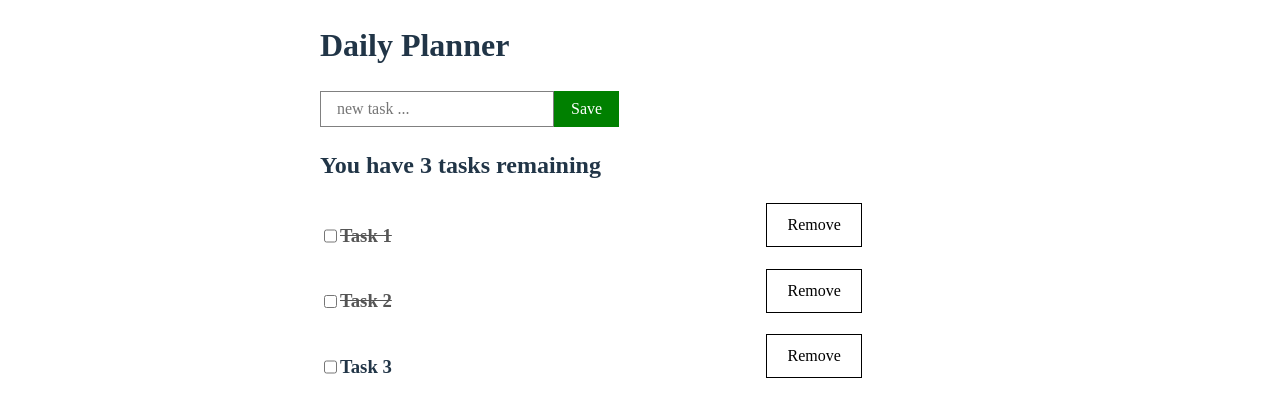
Repository: SamanthaYan298/my_planner
Page: /
The author's editor kept a copy of each file at every save. The page is drawn from the files as they stood at one save, then again after the next save.
The browser window is 1280 px wide. The pictures show the whole page.
The project was rebuilt for these pictures with package versions that can differ from the ones it lists, and the page was loaded fresh each time. Also part of the build but not shown: vite.config.js.

Above is the page before, as saved 2024-10-07 23:32:45.

After the next save:
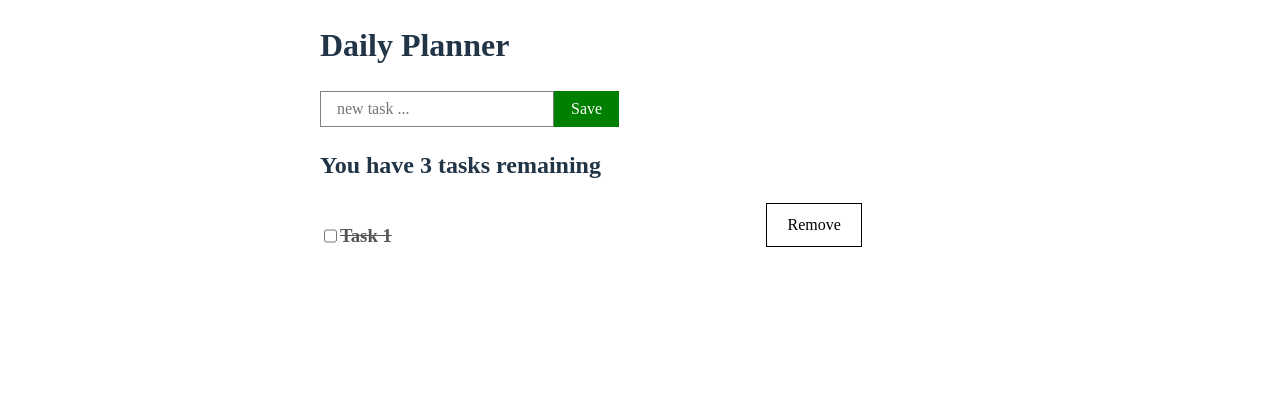
Saved 2 min 29 s later.
--- a/src/App.jsx
+++ b/src/App.jsx
@@ -41,29 +41,15 @@ function App() {
         </form>
         <h2>You have 3 tasks remaining</h2>
         <div>
-          <div className='task-list'>
+          {addTask.map(task => (
+            <div className='task-list' key={task.id}>
             <input type="checkbox" />
             <h3 className='checked'>Task 1</h3>
             <span>
               <button className='task-btn'>Remove</button>
             </span>
           </div>
-
-          <div className='task-list'>
-            <input type="checkbox" />
-            <h3 className='checked'>Task 2</h3>
-            <span>
-              <button className='task-btn'>Remove</button>
-            </span>
-          </div>
-
-          <div className='task-list'>
-            <input type="checkbox" />
-            <h3>Task 3</h3>
-            <span>
-              <button className='task-btn'>Remove</button>
-            </span>
-          </div>
+          ))}
         </div>
       </div>
     </>
